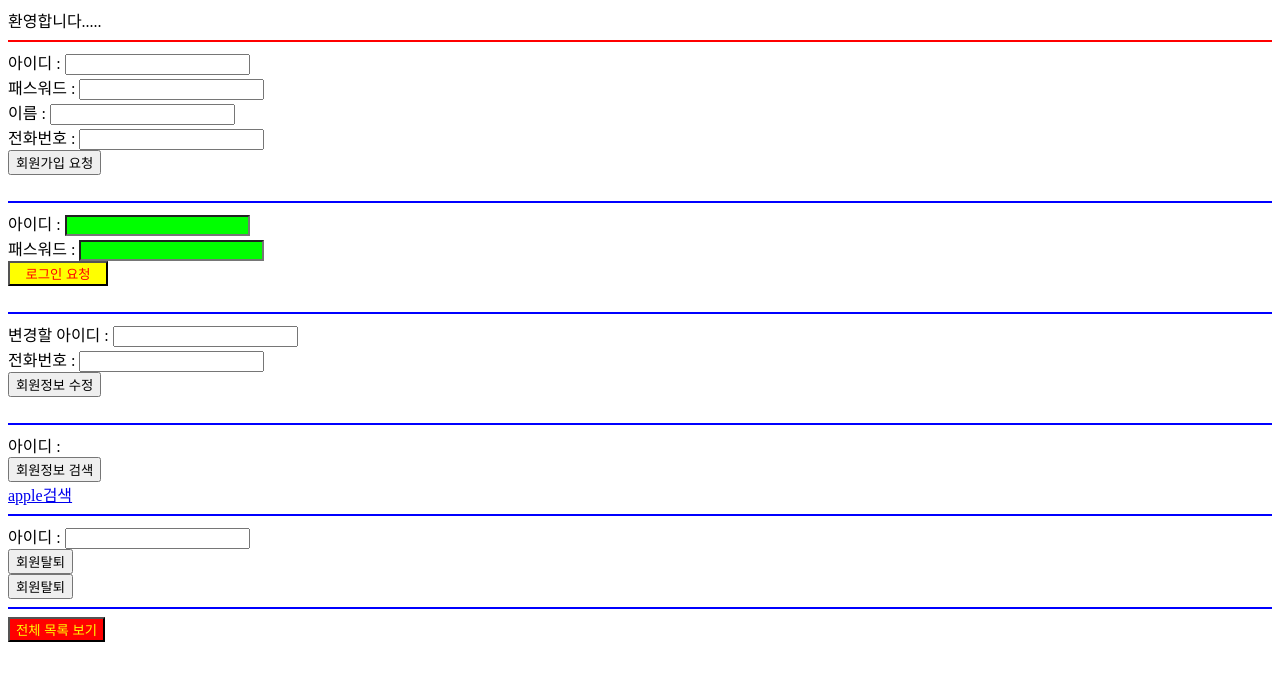
Repository: songhyeonjun/java
Page: http://localhost/spring03/
These files come from the project's save history. The page is drawn as it stood at one moment and after the next save; the edit follows.
The browser window is 1280 px wide. The pictures show the whole page.
The page is served by Tomcat 9. Other server files are loaded and not shown.

Above is the page before, as saved 2022-02-16 06:02:52.

### spring03/src/main/webapp/index.jsp
<%@ page language="java" contentType="text/html; charset=UTF-8"
    pageEncoding="UTF-8"%>
<!DOCTYPE html>
<html>
   <head>
      <meta charset="UTF-8">
      <title>Insert title here</title>
   </head>
   <body>
   환영합니다.....<br>
   <hr color='red'>
   <form action="create">
   아이디   : <input type="text" name="id"><br>
   패스워드   : <input type="text" name="pw"><br>
   이름 : <input type="text" name="name"><br>
   전화번호 : <input type="text" name="tel"><br>
   <button>회원가입 요청</button>
   </form>
   <br>
   <hr color="blue">
   <form action="login.jsp">
   아이디 : <input type="text" name="id" style=background:lime;><br>
   패스워드   : <input type="text" name="pw"  style=background:lime;><br>
   <button style=background:yellow;color:red;width:100px;>로그인 요청</button>
   </form>
   <br>
   <hr color="blue">
   <form action="update">
   변경할 아이디 : <input type="text" name="id" ><br>
   전화번호 : <input type="text" name="tel"><br>
   <button>회원정보 수정 </button>
   </form>
   <br>
   <hr color="blue">
   <form action="one.jsp">
   아이디 : <input type="hidden" name="id" value="${user}"><br>
   <button>회원정보 검색  </button>
   </form>
   <a href="one.jsp?id=apple">apple검색  </a>
   <br>
   <hr color="blue">
   <form action="delete">
   아이디 : <input type="text" name="id" value="${user}"><br>
   <button>회원탈퇴</button>
   </form>
   <a href="delete.jsp?id=${user}">
      <button>회원탈퇴</button>
   </a>
   <br>
   <hr color="blue">
   <a href="list.jsp">
      <button style=color:yellow;background:red;>전체 목록 보기</button>
   </a>
   </body>
</html>

After the next save:
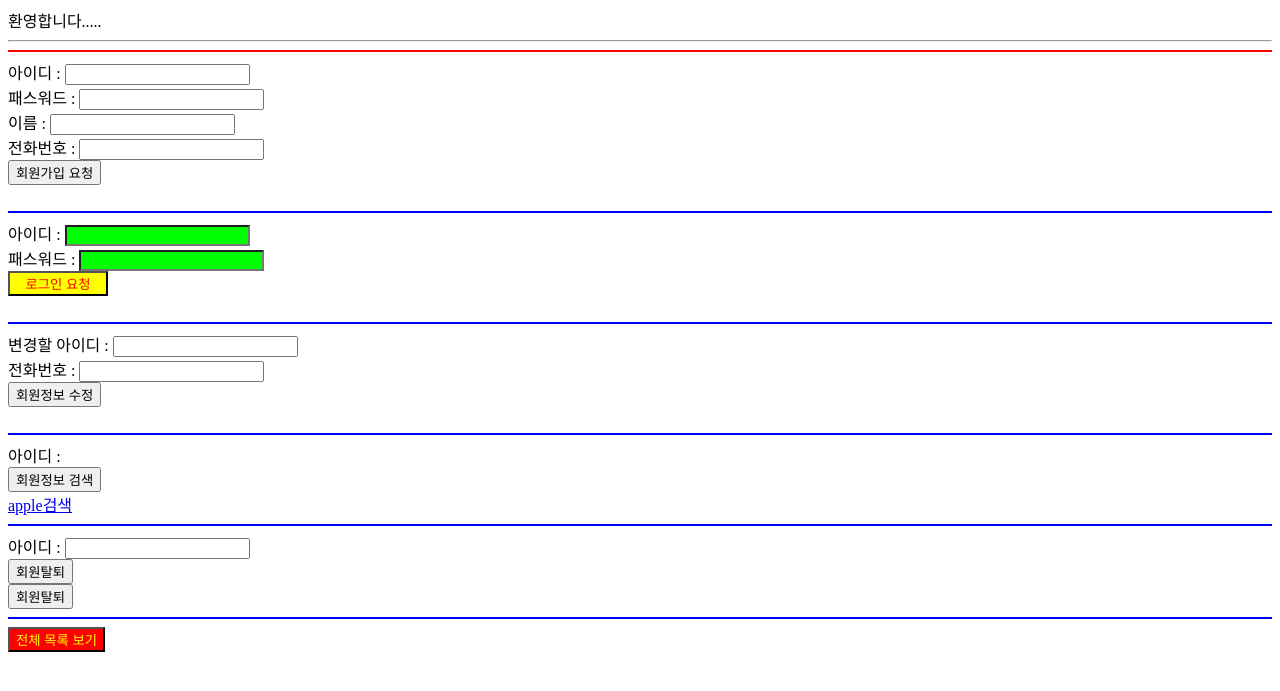
Saved 9 s later.
--- a/spring03/src/main/webapp/index.jsp
+++ b/spring03/src/main/webapp/index.jsp
@@ -8,6 +8,7 @@
    </head>
    <body>
    환영합니다.....<br>
+   <hr>
    <hr color='red'>
    <form action="create">
    아이디   : <input type="text" name="id"><br>
